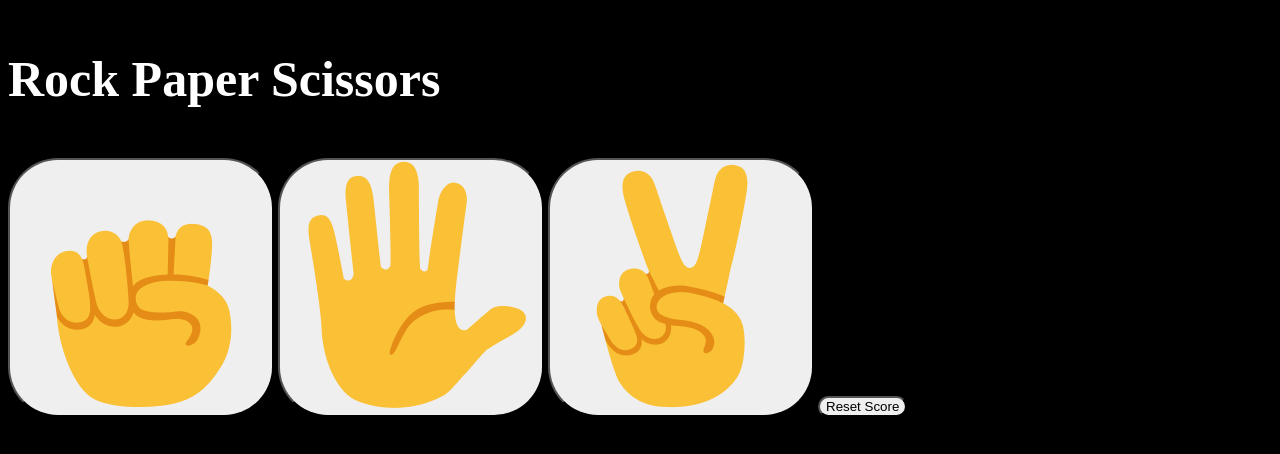
Repository: pgyunknown/Rock_paper_scissors-
Page: index.html
An editor plug-in stored every save of this project. The page is shown before and after the next save, followed by the edit.
The browser window is 1280 px wide. The pictures show the whole page.

Above is the page before, as saved 2024-08-30 17:01:04.

After the next save:
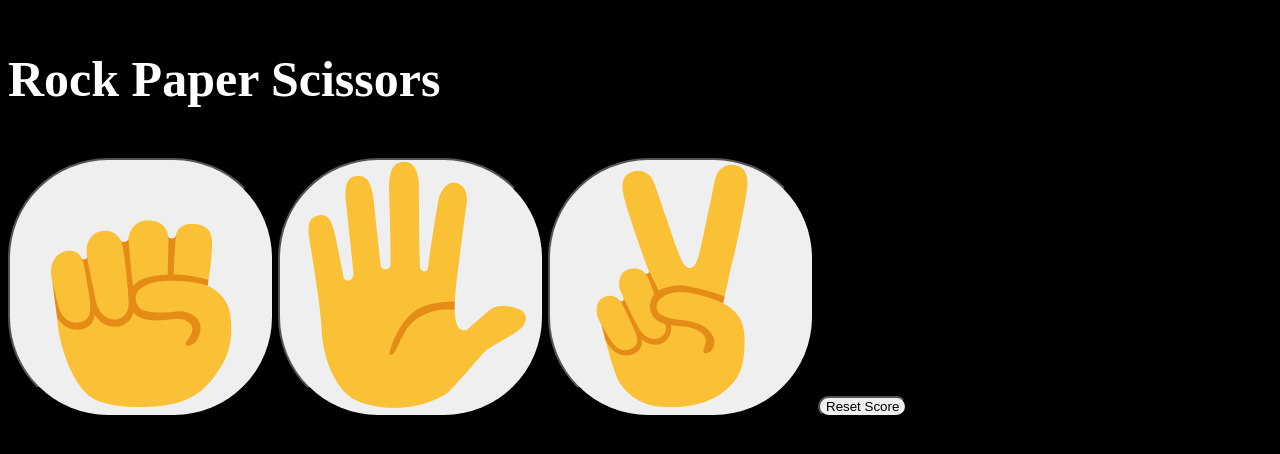
Saved 4 s later.
--- a/index.css
+++ b/index.css
@@ -8,5 +8,5 @@ body{
 }
 
 button{
-  border-radius: 50px;
+  border-radius: 100px;
 }
